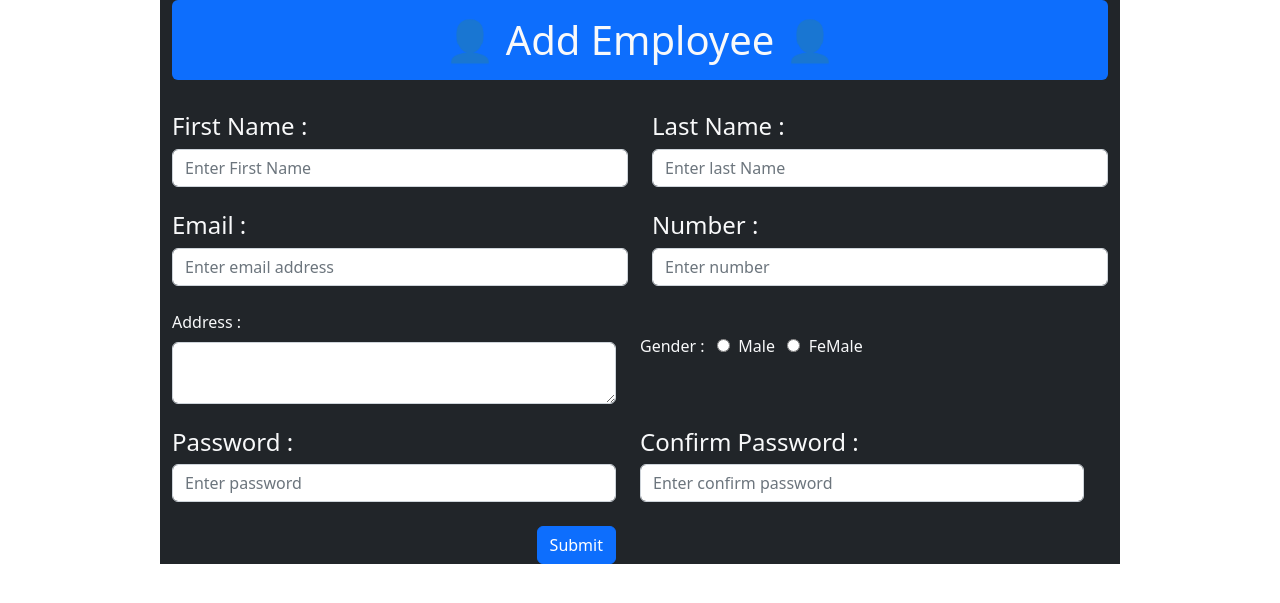
Repository: Rahulkathiriya/java-assignment-and-assesment
Page: http://localhost/web007_assesment_employee_Management_System/addEmployee.jsp
An editor plug-in stored every save of this project. The page is shown before and after a run of saves, followed by the edit.
The browser window is 1280 px wide. The pictures show the whole page.
The page is served by Tomcat 9.

Above is the page before, as saved 2022-11-17 15:50:05.

After the next 2 saves:
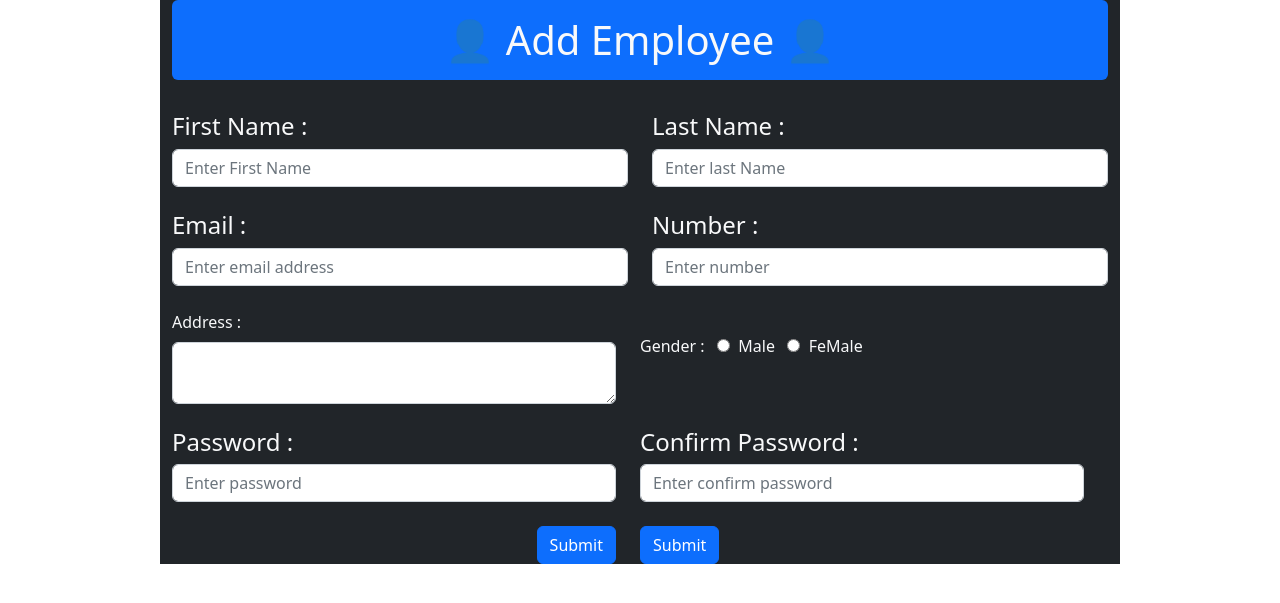
The 2 saves are shown as one change because they came seconds apart.
The last was saved 17 s later.
--- a/web007_assesment_employee_Management_System/src/main/webapp/addEmployee.jsp
+++ b/web007_assesment_employee_Management_System/src/main/webapp/addEmployee.jsp
@@ -89,8 +89,8 @@
 				<a href="submit" class="btn btn-primary">Submit</a>
 
 				</div>
-				<div class="col col-sm-12 col-md-6 col-lg-6">
-
+				<div class="col col-sm-12 col-md-6 col-lg-6 text-start">
+					<a href="submit" class="btn btn-primary">Submit</a>
 				</div>
 			</div>
 		</div>
